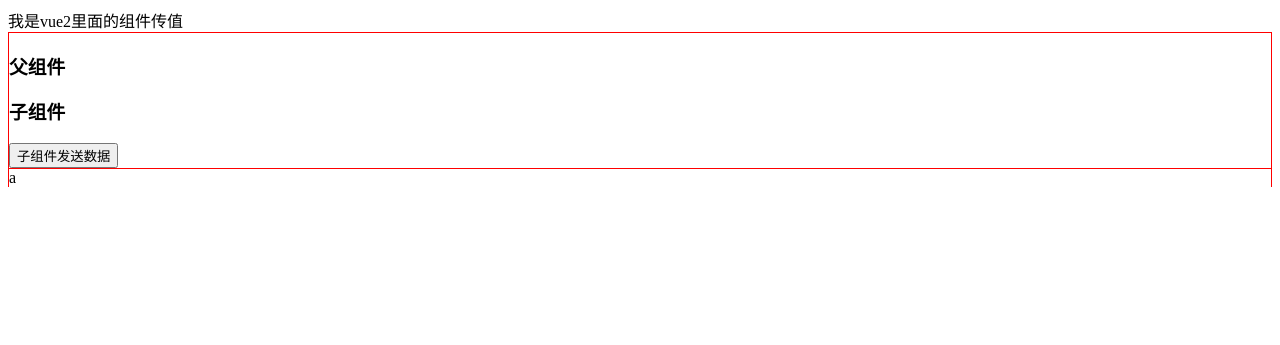
Repository: paranoia-M/vue3-Actions
Page: /vue2
These files come from the project's save history. The page is drawn as it stood at one moment and after the next save; the edit follows.
The browser window is 1280 px wide. The pictures show the whole page.
The project was rebuilt for these pictures with package versions that can differ from the ones it lists, and the page was loaded fresh each time. Also part of the build but not shown: vite.config.js, vue.config.js, src/components/demo/Pra.vue, src/components/demo/Pra2.vue, src/components/demo/Pra3.vue, src/components/Component.vue.

Above is the page before, as saved 2022-03-25 10:15:12.

After the next save:
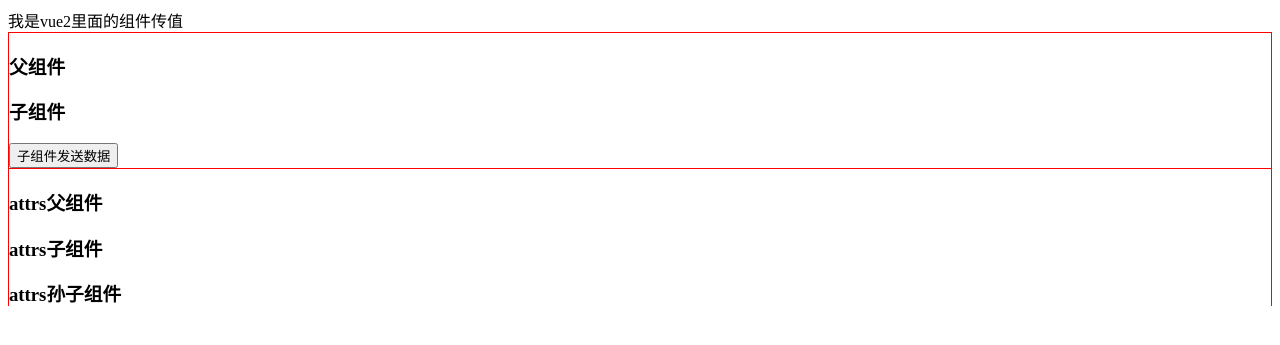
Saved 24 s later.
--- a/src/pages/vueT/componentValue/TransferValue.vue
+++ b/src/pages/vueT/componentValue/TransferValue.vue
@@ -4,11 +4,14 @@
     <div class="box">
       <parent-child></parent-child>
     </div>
-    <div class="box">a</div>
+    <div class="box">
+      <attrs-parent></attrs-parent>
+    </div>
   </div>
 </template>
 
 <script>
+import AttrsParent from "./attrs/AttrsParent.vue";
 import parentChild from "./parentChild/index.vue";
 export default {
   data() {
@@ -18,6 +21,7 @@ export default {
   },
   components: {
     parentChild,
+    AttrsParent,
   },
 };
 </script>
